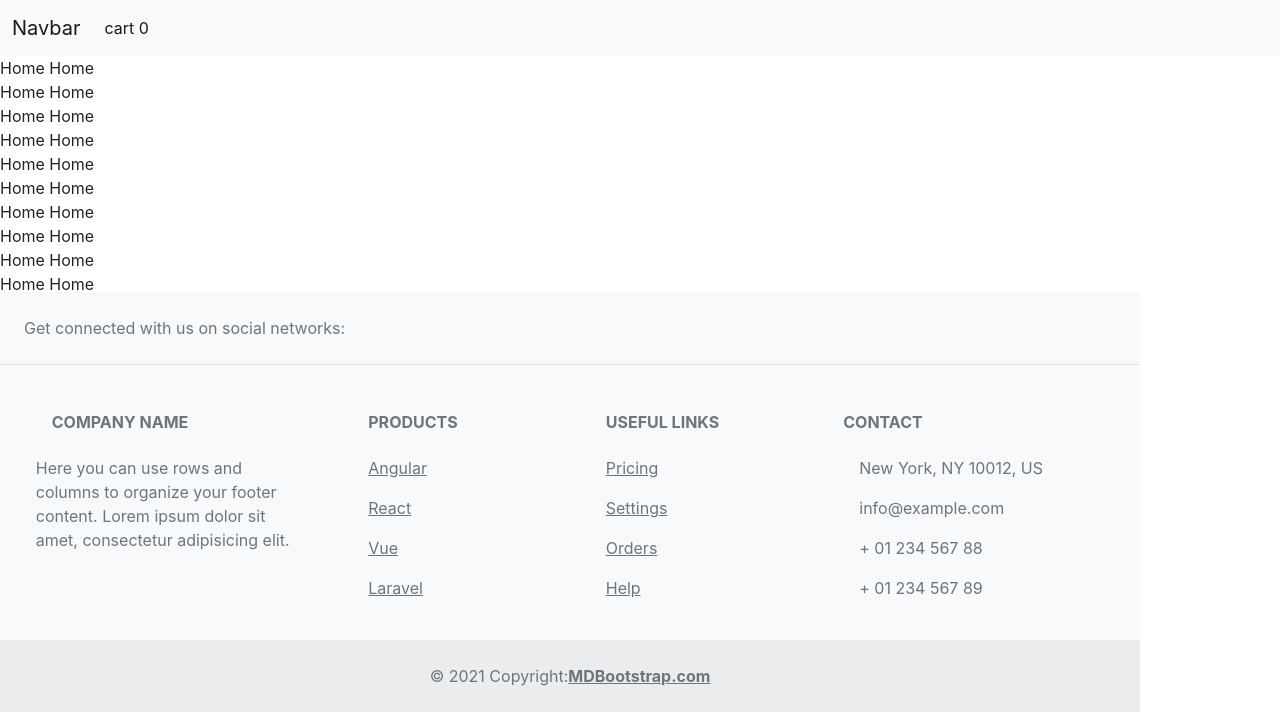
Repository: lausuarez02/eCommerceFull
Page: / (app in frontEnd/front/)
The author's editor kept a copy of each file at every save. The page is drawn from the files as they stood at one save, then again after a run of saves.
The browser window is 1280 px wide. The pictures show the whole page.
The project was rebuilt for these pictures with package versions that can differ from the ones it lists, and the page was loaded fresh each time. Also part of the build but not shown: frontEnd/front/src/App.css, frontEnd/front/src/components/Product.js, frontEnd/front/src/components/Card.js.

Above is the page before, as saved 2021-07-15 19:48:35.

After the next 17 saves:
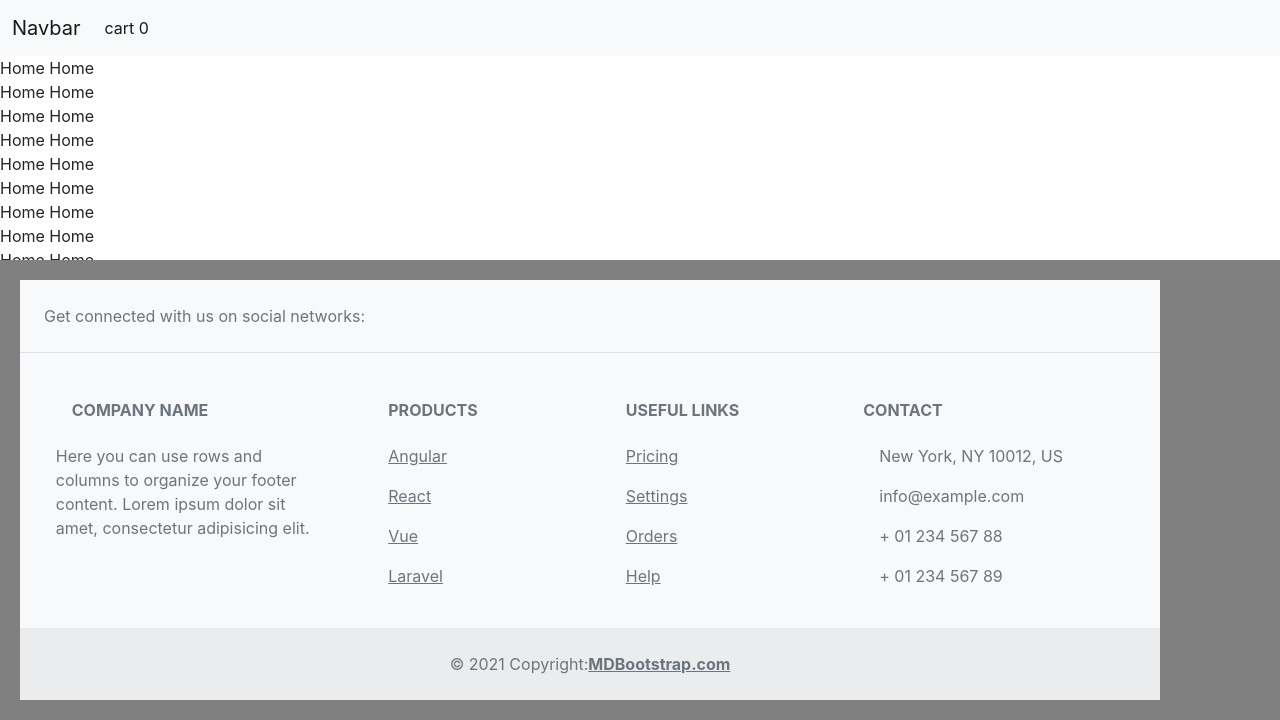
The 17 saves are shown as one change because 2 did not build or start and some came seconds apart.
The last was saved 2 min 29 s later.
--- a/frontEnd/front/src/components/HomeScreen.js
+++ b/frontEnd/front/src/components/HomeScreen.js
@@ -176,7 +176,11 @@ const HomeScreen = () => {
 
         </div>
 
-        <div class="navbar fixed-bottom">
+        <div class="navbar fixed-bottom" style={{ backgroundColor: "grey",
+    position: "fixed",
+    bottom: 0,
+    width: "100%",
+    padding: "20px"}}>
 
         <footer class="text-center text-lg-start bg-light text-muted">
 
